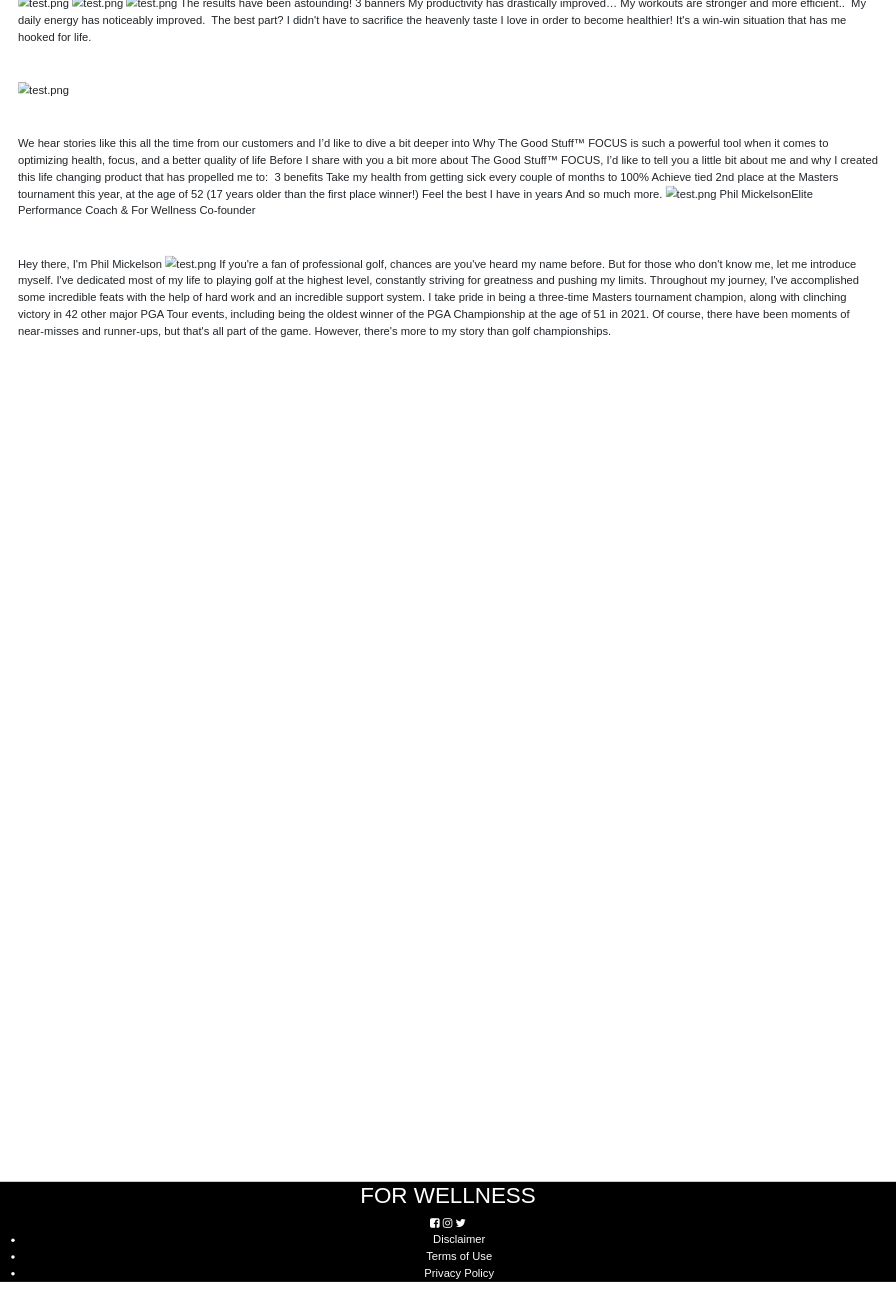
Repository: dariusprince90/wellness-landing
Page: index.html
The author's editor kept a copy of each file at every save. The page is drawn from the files as they stood at one save, then again after the next save.
The browser window is 1280 px wide. The pictures show the part of the page from y = 1135 to 3055 px (the page is 2983 px tall before and 3055 px after), at 70% of full size.

Above is the page before, as saved 2023-07-25 15:53:10.

After the next save:
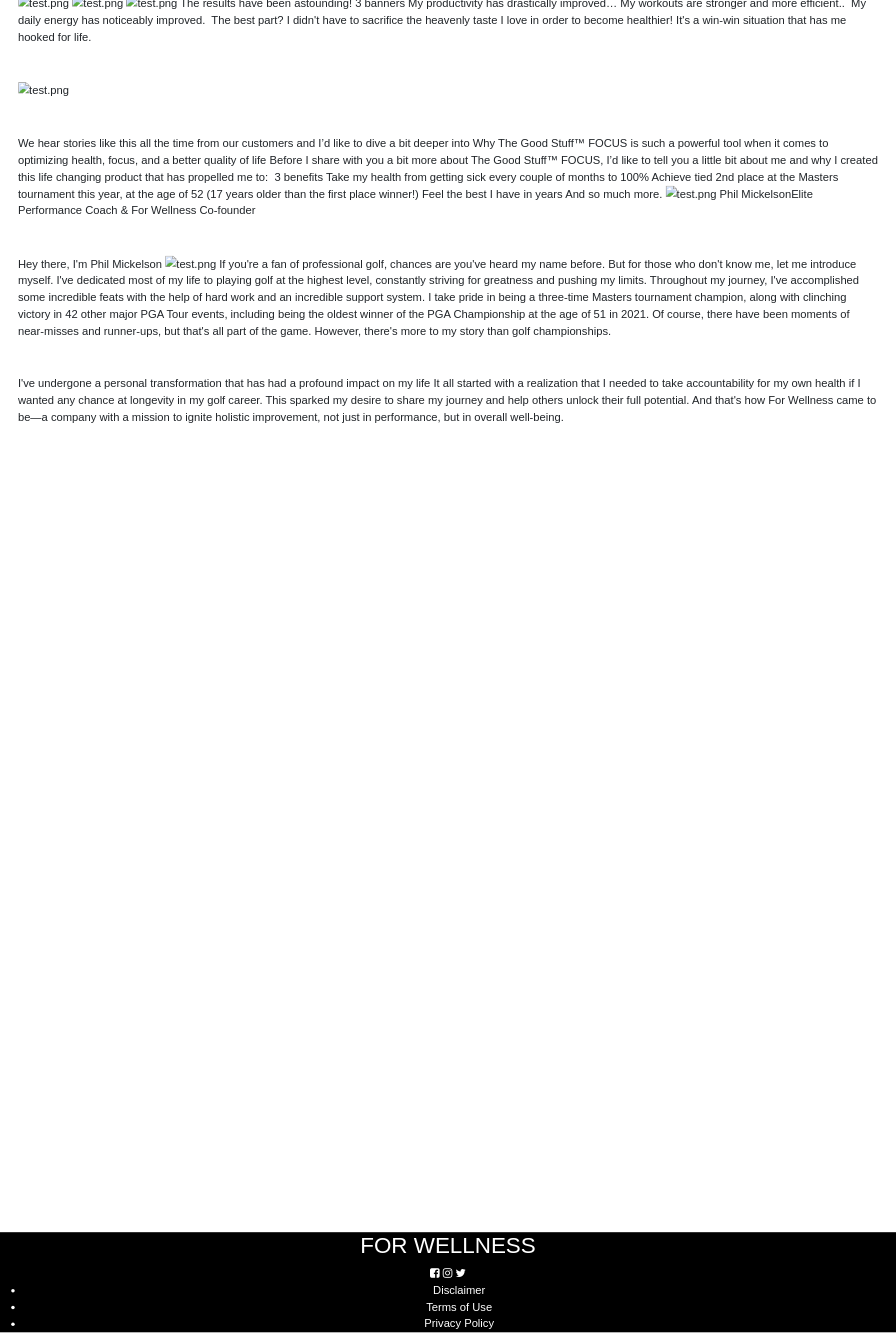
Saved 30 s later.
--- a/index.html
+++ b/index.html
@@ -240,7 +240,17 @@
 
     </section>
 
+
     <section class="s-012-text">
+        I've undergone a personal transformation
+that has had a profound impact on my life
+
+It all started with a realization that I needed to take accountability for my own health if
+I wanted any chance at longevity in my golf career.
+
+This sparked my desire to share my journey and help others unlock their full potential.
+
+And that's how For Wellness came to be—a company with a mission to ignite holistic improvement, not just in performance, but in overall well-being.
     </section>
 
     <section class="s-00#-text">
